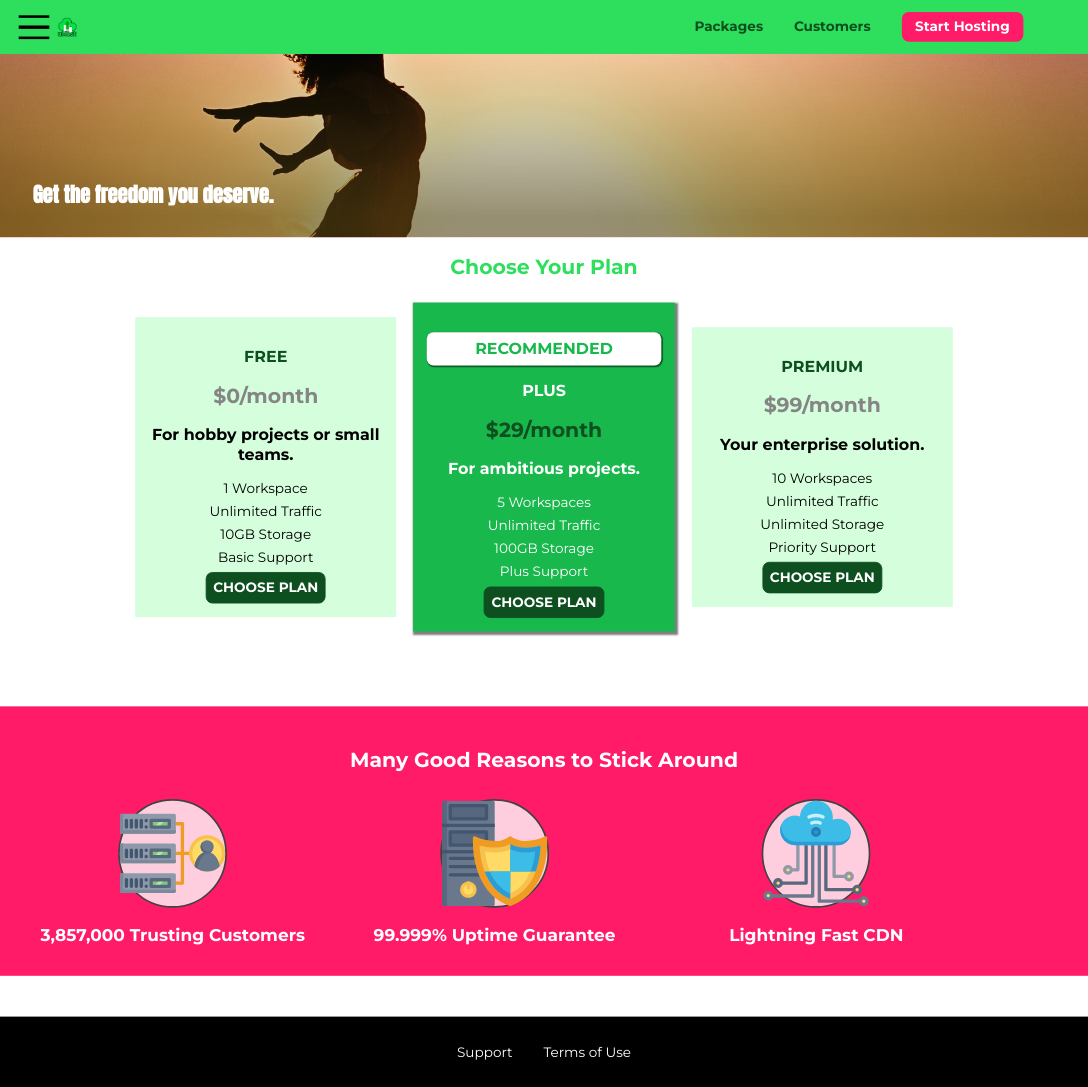
Repository: luacooli/css-course
Page: my_project/index.html
These files come from the project's save history. The page is drawn as it stood at one moment and after the next save; the edit follows.
The browser window is 1280 px wide. The pictures show the whole page, at 85% of full size.

Above is the page before, as saved 2020-09-15 06:45:11.

After the next save:
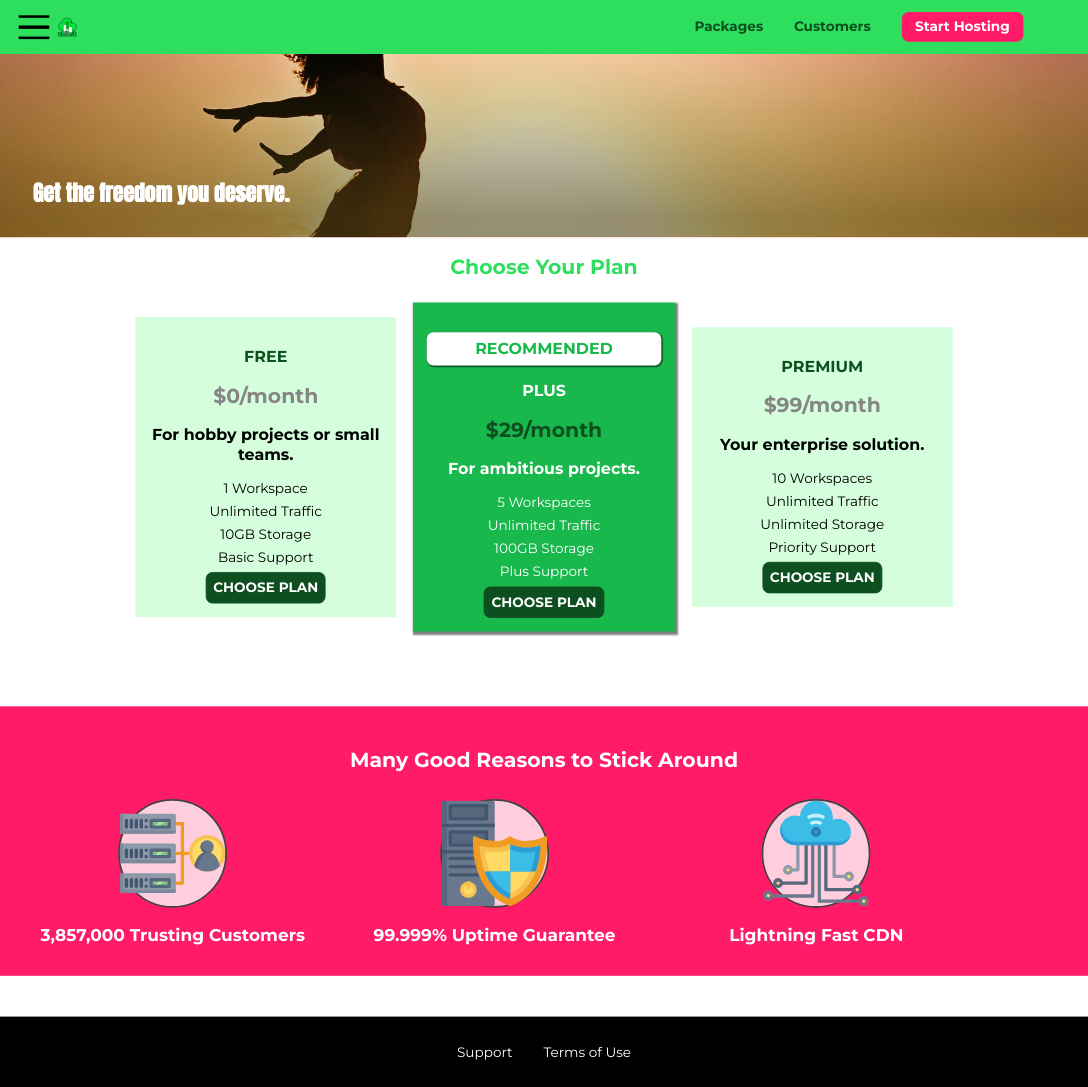
Saved 6 min 6 s later.
--- a/my_project/main.css
+++ b/my_project/main.css
@@ -23,6 +23,7 @@
   position: absolute;
   bottom: 5%;
   left: 3%;
+  font-size: 1.6rem;
 }
 
 .section-title {
